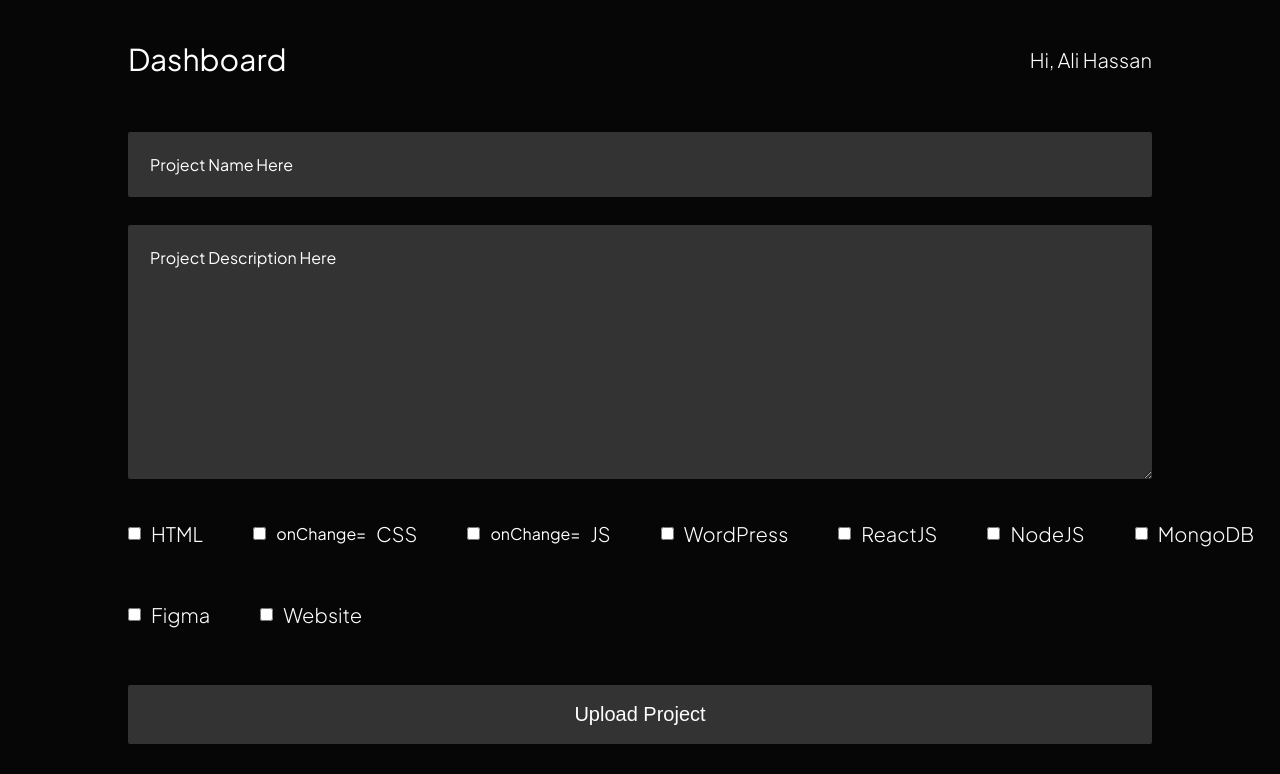
Repository: AliHassan02-Dev/PORTFOLIO
Page: /AdminDashborad (app in Front-end/)
An editor plug-in stored every save of this project. The page is shown before and after the next save, followed by the edit.
The browser window is 1280 px wide. The pictures show the whole page.
The project was rebuilt for these pictures with package versions that can differ from the ones it lists, and the page was loaded fresh each time. Also part of the build but not shown: Front-end/vite.config.js, Front-end/src/Pages/Home.jsx, Front-end/src/Pages/About.jsx, Front-end/src/Components/Footer.jsx, Front-end/src/Components/Navbar.jsx, Front-end/src/data.js, Front-end/src/Components/ProjectsBox.jsx, Front-end/src/App.jsx and 5 more.

Above is the page before, as saved 2024-08-31 07:26:16.

After the next save:
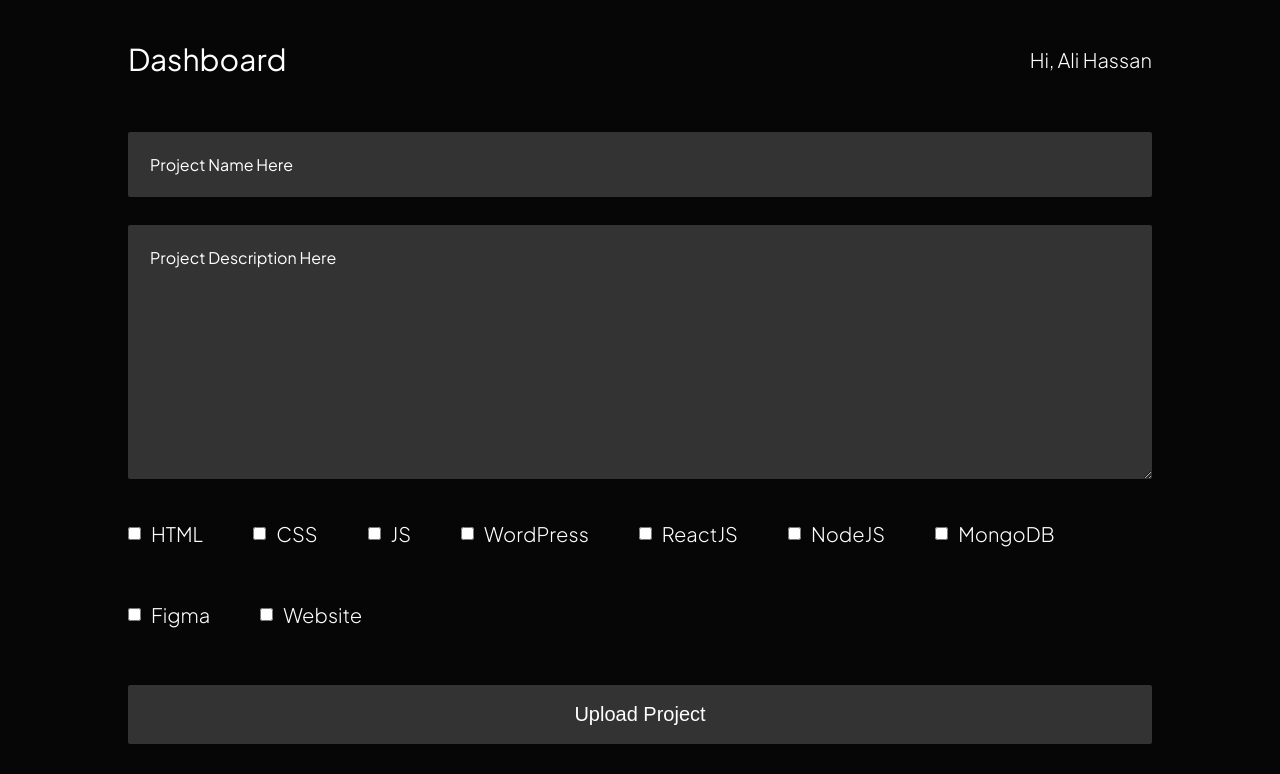
Saved 47 s later.
--- a/Front-end/src/Pages/AdminDashboard.jsx
+++ b/Front-end/src/Pages/AdminDashboard.jsx
@@ -70,13 +70,23 @@ const AdminDashboard = () => {
               <p>HTML</p>
             </div>
             <div className="skillBar">
-              <input type="checkbox" name="skillName" value={projectData.Css} />
-              onChange={handleEvent}
+              <input
+                type="checkbox"
+                name="skillName"
+                value={projectData.Css}
+                onChange={handleEvent}
+              />
+
               <p>CSS</p>
             </div>
             <div className="skillBar">
-              <input type="checkbox" name="skillName" value={projectData.Js} />
-              onChange={handleEvent}
+              <input
+                type="checkbox"
+                name="skillName"
+                value={projectData.Js}
+                onChange={handleEvent}
+              />
+
               <p>JS</p>
             </div>
             <div className="skillBar">
